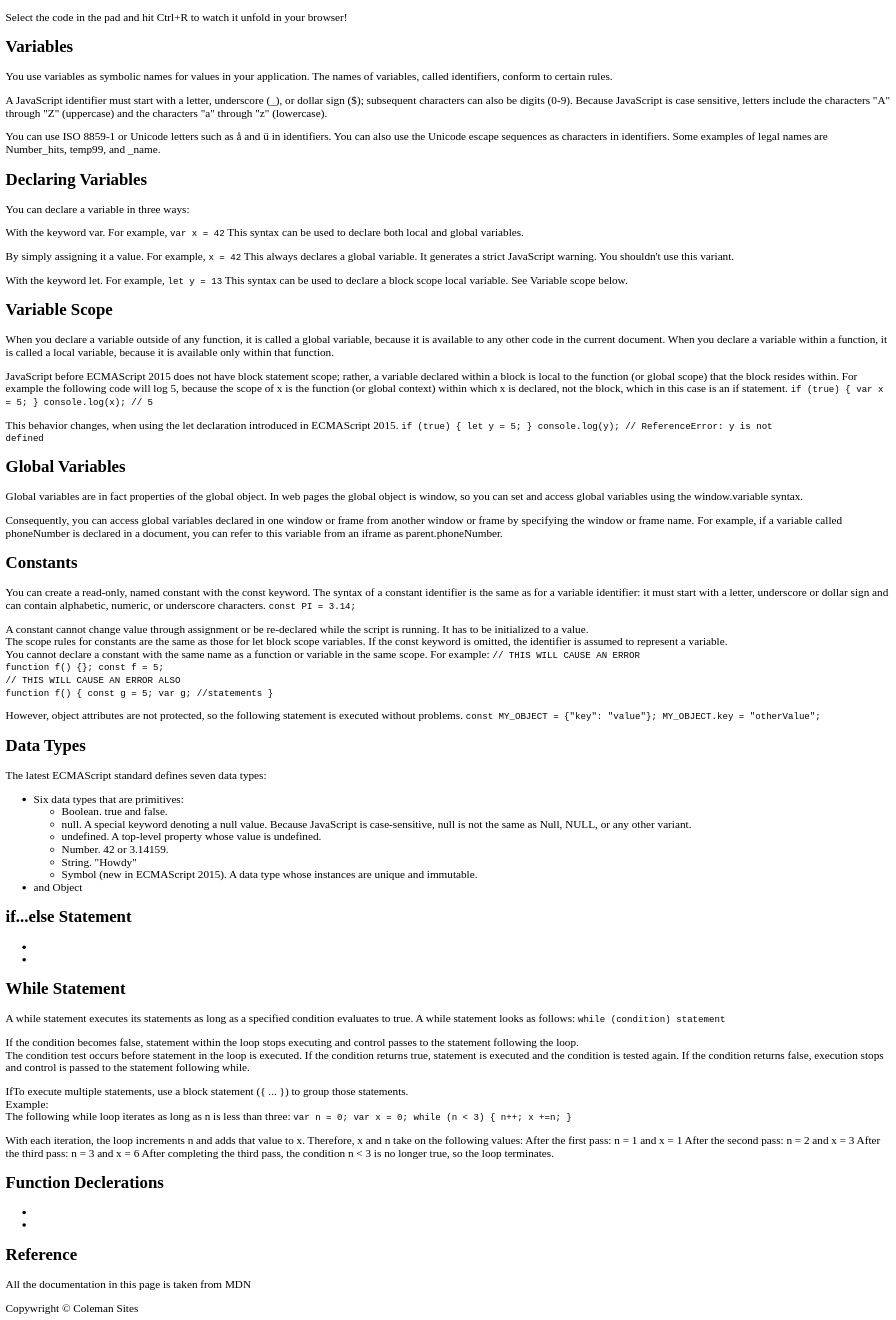
Repository: ctcoleman/technicalDocumentationPage
Page: index.html
The author's editor kept a copy of each file at every save. The page is drawn from the files as they stood at one save, then again after the next save.
The browser window is 1280 px wide. The pictures show the part of the page from y = 1091 to 3011 px (the page is 2977 px tall before and 3011 px after), at 70% of full size.

Above is the page before, as saved 2020-07-09 22:18:10.

After the next save:
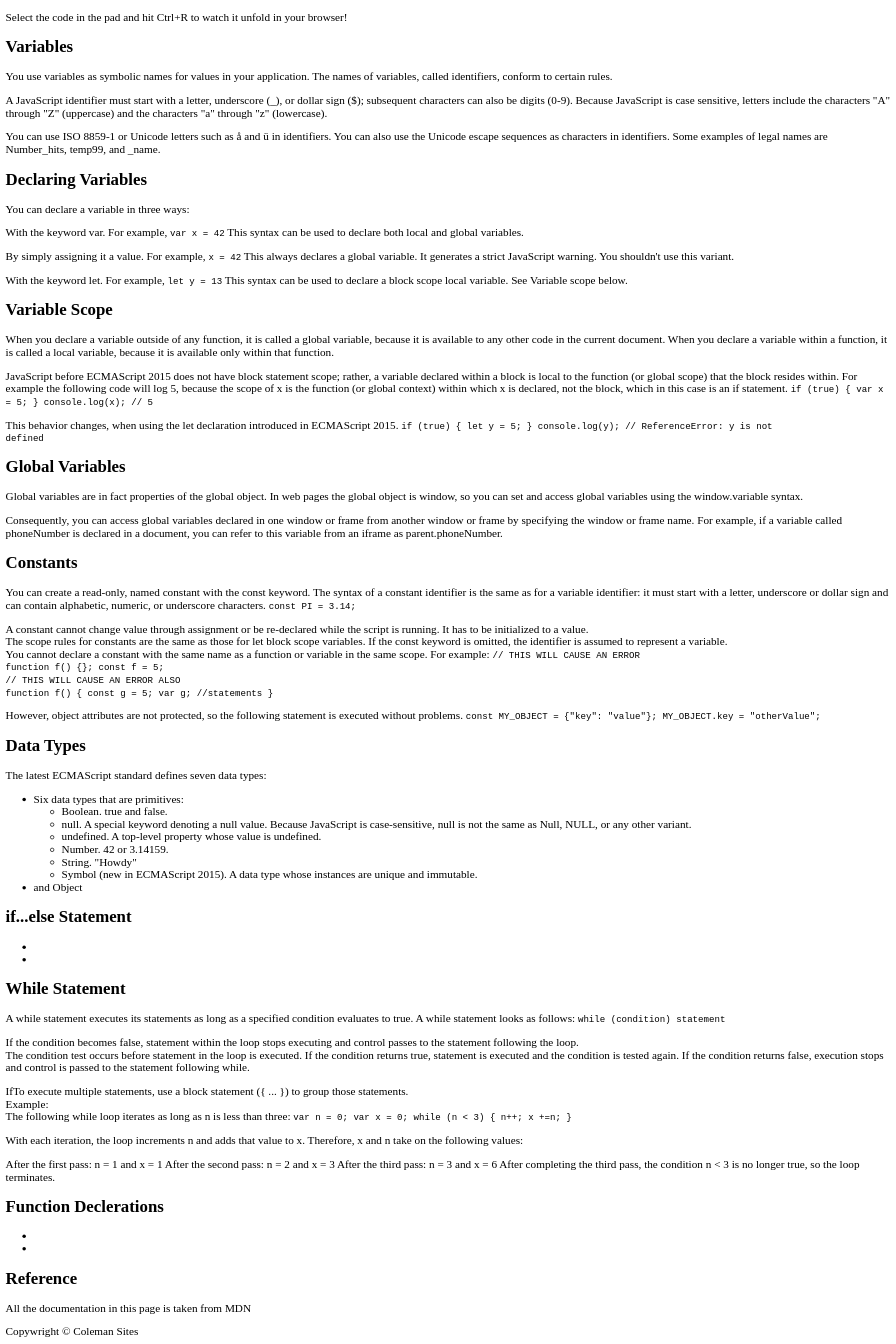
Saved 5 s later.
--- a/index.html
+++ b/index.html
@@ -335,7 +335,9 @@
         </p>
         <p>
           With each iteration, the loop increments n and adds that value to x. Therefore, x and n take on the following values:
-
+          <ul>
+
+          </ul>
           After the first pass: n = 1 and x = 1
           After the second pass: n = 2 and x = 3
           After the third pass: n = 3 and x = 6
